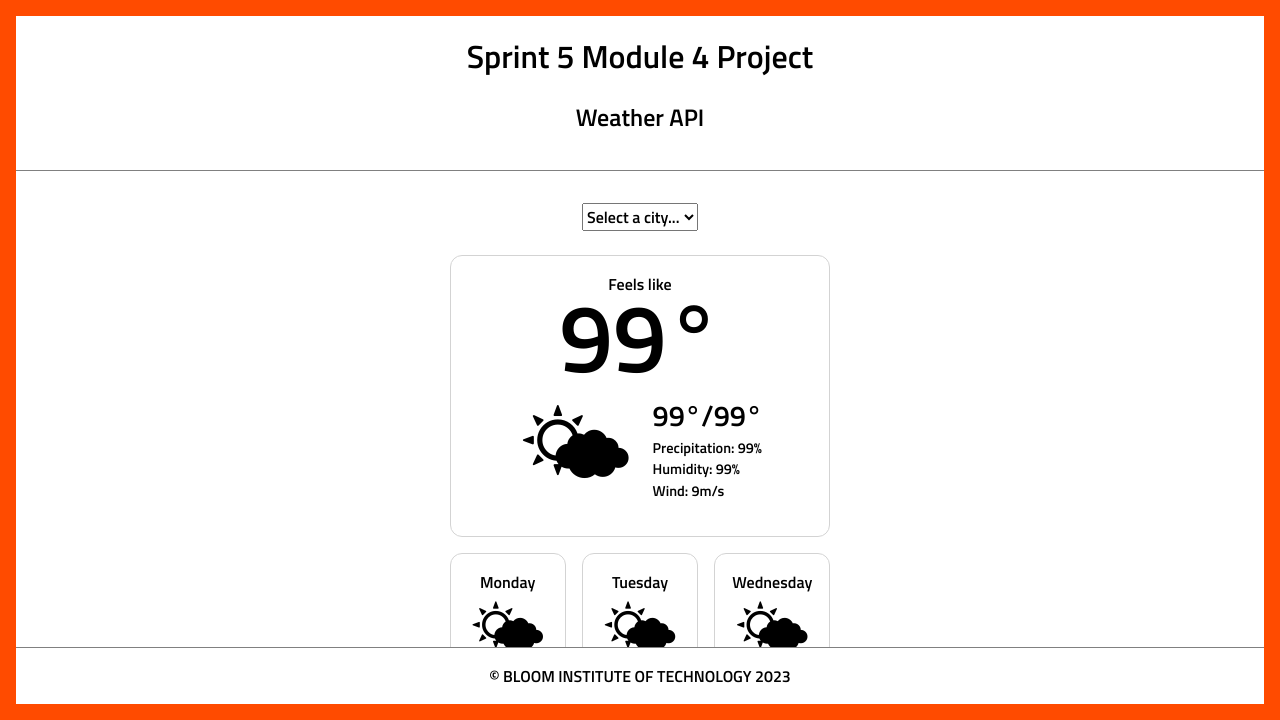
Repository: bloominstituteoftechnology/module-project-weather-api-yoshimario
Page: frontend/index.html
These files come from the project's save history. The page is drawn as it stood at one moment and after a run of saves; the edit follows.
The browser window is 1280 px wide. The pictures show the whole page.
An inner scrolling area shows only its first screen.

Above is the page before, as saved 2023-09-29 16:37:26.

After the next 2 saves:
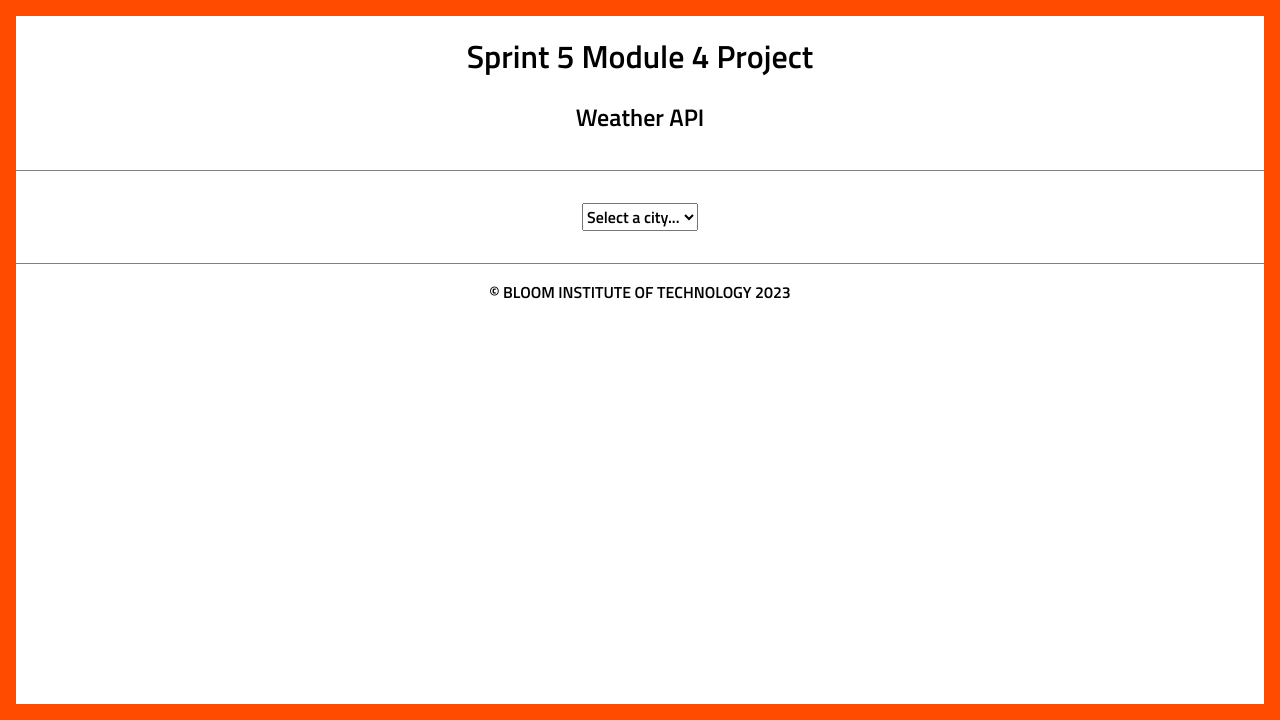
The 2 saves are shown as one change because they came seconds apart.
The last was saved 13 s later.
--- a/frontend/index.js
+++ b/frontend/index.js
@@ -5,7 +5,7 @@ async function moduleProject4() {
   const currentYear = new Date().getFullYear()
   footer.textContent = `© BLOOM INSTITUTE OF TECHNOLOGY ${currentYear}`
 
-document.querySelector('#weatherWidget')
+document.querySelector('#weatherWidget').style.display = 'none'
 
   let descriptions = [
     ["Sunny", "☀️"],
